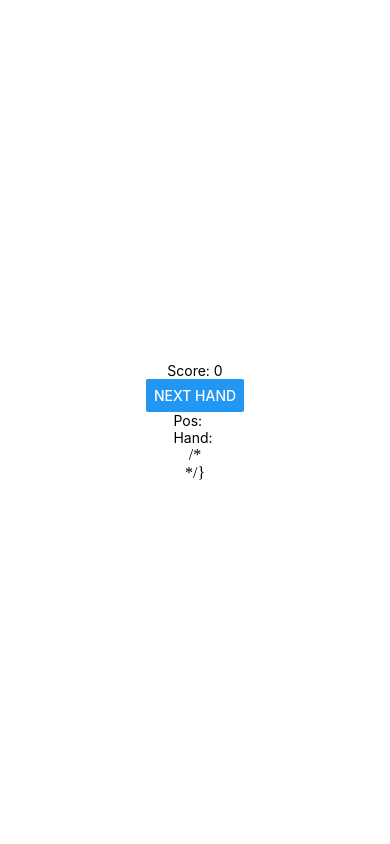
Repository: Nicholas-Kyle/RangeTrainer
Screen: /
These files come from the project's save history. The screen is drawn as it stood at one moment and after the next save; the edit follows.
The app was drawn by React Native's web renderer in a window 390 px wide. The project was rebuilt for these pictures with package versions that can differ from the ones it lists, and the page was loaded fresh each time. Also part of the build but not shown: RangeTrainer/ACTIONS.js, RangeTrainer/ActionButtonGroup.js.

Above is the screen before, as saved 2018-03-19 15:33:39.

### App.js
import React from "react";
import { StyleSheet, Text, View } from "react-native";
import RangeTrainer from "./RangeTrainer/RangeTrainer";

export default class App extends React.Component {
  render() {
    return <RangeTrainer />;
  }
}

const styles = StyleSheet.create({
  container: {
    flex: 1,
    backgroundColor: "#fff",
    alignItems: "center",
    justifyContent: "center"
  }
});

### RangeTrainer/RangeTrainer.js
import React, { Component } from "react";
import { StyleSheet, Text, View, Button } from "react-native";
import Scoreboard from "./Scoreboard";
import ActionButtonGroup from "./ActionButtonGroup";

const POSITIONS = ["EP", "MP", "HJ", "CO", "BTN"];
const groupOne = ["AA", "KK", "QQ", "JJ"];
const groupTwo = ["AKs", "AKo"];
const groupThree = ["AQs"];
const groupfour = ["TT", "99", "88"];
const groupfive = ["AJs", "AQo"];
const groupSix = ["ATs", "KQs", "AJo"];
const groupSeven = ["ATo", "KQo"];
const groupEight = ["77", "66", "55", "44", "33", "22"];
const groupNine = ["KJs", "KTs", "QJs"];
const groupTen = ["JTs", "T9s", "98s", "87s", "76s", "65s", "54s"];
const groupEleven = ["QTs", "J9s", "108s", "97s", "86s", "75s", "64s", "53s"];
const groupTwlegth = ["Q9s", "J8s", "107s", "96s", "85s", "74s", "63s", "52s"];
const groupThirteen = ["JTo", "T9o", "98o", "87o", "76o", "65o", "54o"];

const positionWithGroups = {
  [POSITIONS[0]]: {
    raiseDefend: [...groupOne, ...groupTwo, ...groupThree],
    raiseFold: [...groupfour, ...groupfive, ...groupSix],
    limp: [...groupSeven]
  },
  [POSITIONS[1]]: {
    raiseDefend: [...groupOne, ...groupTwo, ...groupThree],
    raiseFold: [...groupfour, ...groupfive, ...groupSix, ...groupSeven],
    limp: [...groupEight]
  },
  [POSITIONS[2]]: {
    raiseDefend: [
      ...groupOne,
      ...groupTwo,
      ...groupThree,
      ...groupfour,
      ...groupfive
    ],
    raiseFold: [...groupSix, ...groupSeven, ...groupEight],
    limp: [...groupNine, ...groupTen]
  },
  [POSITIONS[3]]: {
    raiseDefend: [
      ...groupOne,
      ...groupTwo,
      ...groupThree,
      ...groupfour,
      ...groupfive,
      ...groupSix
    ],
    raiseFold: [...groupSeven, ...groupEight, ...groupNine],
    limp: [...groupTen, ...groupEleven, ...groupTwlegth]
  },
  [POSITIONS[4]]: {
    raiseDefend: [
      ...groupOne,
      ...groupTwo,
      ...groupThree,
      ...groupfour,
      ...groupfive,
      ...groupSix
    ],
    raiseFold: [...groupSeven, ...groupEight, ...groupNine, ...groupTen],
    limp: [...groupEleven, ...groupTwlegth, ...groupThirteen]
  }
};

class RangeTrainer extends Component {
  constructor(props) {
    super(props);
    this.state = { score: 0, wrongHands: [] };
    this.newHand = this.newHand.bind(this);
    this.checkAction = this.checkAction.bind(this);
  }

  getRandomPosition() {
    return POSITIONS[Math.floor(Math.random() * POSITIONS.length)];
  }

  getRandomHand() {
    let ranks = [
      "A",
      "K",
      "Q",
      "J",
      "T",
      "9",
      "8",
      "7",
      "6",
      "5",
      "4",
      "3",
      "2"
    ];
    let randomIndexOne = Math.floor(Math.random() * ranks.length);
    let randomIndexTwo = Math.floor(Math.random() * ranks.length);
    let cardOne;
    let cardTwo;
    if (randomIndexOne < randomIndexTwo) {
      cardOne = ranks[randomIndexOne];
      cardTwo = ranks[randomIndexTwo];
    } else {
      cardOne = ranks[randomIndexTwo];
      cardTwo = ranks[randomIndexOne];
    }

    let randomNumberBetweenOneAndFour = Math.floor(Math.random() * 4) + 1;

    let suited = "";
    if (cardOne !== cardTwo) {
      if (randomNumberBetweenOneAndFour === 4) {
        suited = "s";
      } else {
        suited = "o";
      }
    }

    return `${cardOne}${cardTwo}${suited}`;
  }

  newHand() {
    this.setState({
      position: this.getRandomPosition(),
      hand: this.getRandomHand(),
      action: null
    });
  }

  findCorrectActionForHandInPosition(hand, position) {
    const positionGroups = positionWithGroups[position];
    if (positionGroups.raiseDefend.includes(hand)) {
      return "raiseDefend";
    }
    if (positionGroups.raiseFold.includes(hand)) {
      return "raiseFold";
    }
    if (positionGroups.limp.includes(hand)) {
      return "limp";
    }

    return "fold";
  }

  checkAction(playerAction) {
    const { hand, position } = this.state;

    const correctAction = this.findCorrectActionForHandInPosition(
      hand,
      position
    );
    const handSuccess = playerAction === correctAction;

    const correctActionMessage = handSuccess
      ? ""
      : `Correct action is ${correctAction}. For Hand ${hand} and position ${position}`;

    const extraScore = handSuccess ? 10 : -10;

    this.setState(
      ({ score: oldScore, wrongHands }) => ({
        score: oldScore + extraScore,
        handSuccess,
        action: playerAction,
        correctActionMessage,
        wrongHands: wrongHands.concat(correctActionMessage)
      }),
      this.newHand()
    );
  }

  render() {
    const {
      position,
      hand,
      handSuccess,
      action,
      score,
      correctActionMessage,
      wrongHands
    } = this.state;
    return (
      <View style={styles.container}>
        <Scoreboard score={score} />
        <View>
          <Button title="Next hand" onPress={this.newHand} />
        </View>
        <View>
          <Text>Pos: {position}</Text>
          <Text>Hand: {hand}</Text>
        </View>
        {!!hand && <ActionButtonGroup onAction={this.checkAction} />}
        {!!action && (
          <View>
            {!!action &&
              handSuccess && (
                <Text style={{ backgroundColor: "green" }}>Correct action</Text>
              )}

            {!handSuccess && (
              <Text style={{ backgroundColor: "red" }}>Wrong action</Text>
            )}
          </View>
        )}
        /*
        {!!wrongHands && (
          <View> {wrongHands.map(wrongHand => <Text>{wrongHand}</Text>)}</View>
        )}{" "}
        */}
      </View>
    );
  }
}

export default RangeTrainer;

const styles = StyleSheet.create({
  container: {
    flex: 1,
    backgroundColor: "#fff",
    alignItems: "center",
    justifyContent: "center"
  }
});

### RangeTrainer/Scoreboard.js
import React from "react";
import { StyleSheet, Text, View } from "react-native";

const Scoreboard = ({ score }) => (
  <View>
    <Text>Score: {score}</Text>
  </View>
);

export default Scoreboard;

After the next save:
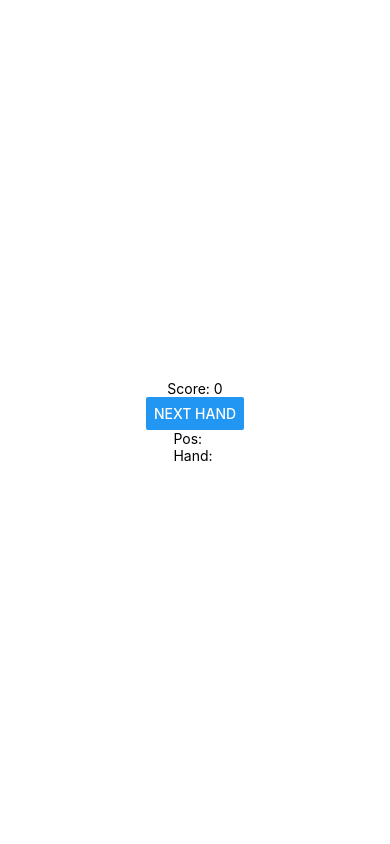
Saved 17 s later.
--- a/RangeTrainer/RangeTrainer.js
+++ b/RangeTrainer/RangeTrainer.js
@@ -203,11 +203,9 @@ class RangeTrainer extends Component {
             )}
           </View>
         )}
-        /*
         {!!wrongHands && (
           <View> {wrongHands.map(wrongHand => <Text>{wrongHand}</Text>)}</View>
-        )}{" "}
-        */}
+        )}
       </View>
     );
   }
